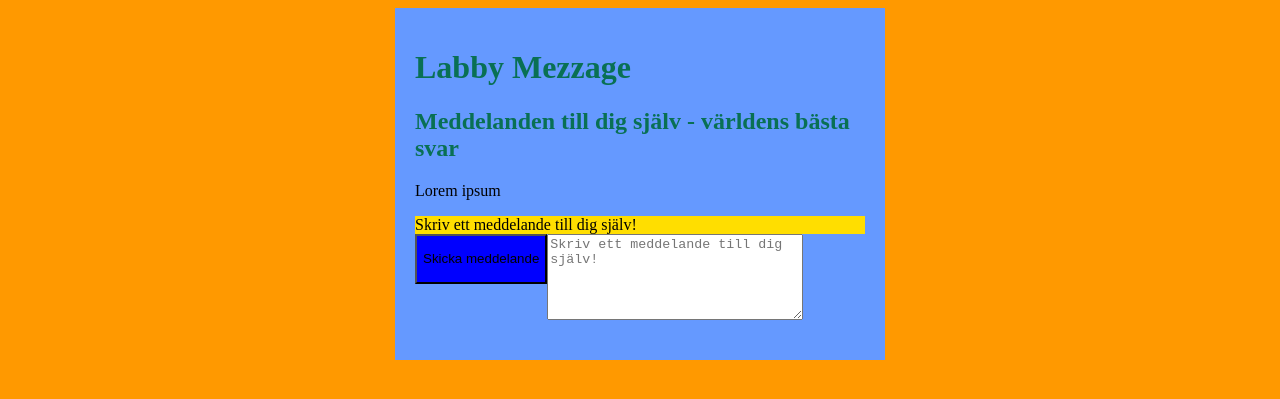
Repository: mi222ep/1dv403-laborationer
Page: 2-labbymezzage/index.html
The author's editor kept a record of every edit. The page is drawn from the files as they stood at one moment, then again after the next edit.
The browser window is 1280 px wide. The pictures show the whole page.

Above is the page before.
Console error: SyntaxError: missing ) after argument list

### 2-labbymezzage/index.html
<!DOCTYPE html>
<html lang="sv">
<head>
	<meta charset="UTF-8" />
 	<title>Labby Mezzage</title>
 	<link rel="stylesheet" href="css/style.css" type="text/css" />
    <script type="text/javascript" src="message.js"></script>
    <script type="text/javascript" src="messageboard.js"></script>
</head>
<body>
    <div id="messageApp">
    <h1>Labby Mezzage</h1>
    <h2>Meddelanden till dig själv - världens bästa svar</h2>
    <p>Lorem ipsum</p>

    <div id="messagearea">Skriv ett meddelande till dig själv!</div>

 			<textarea type="text" id="meddelande" placeholder="Skriv ett meddelande till dig själv!"></textarea>
 			<input id="send" type="submit" value="Skicka meddelande" />
            <p id="messageNumber"></p>
            </div>
</body>
</html>

### 2-labbymezzage/css/style.css
body{
    background-color: #FF9900;
    font-family: comic sans MS;
    }
div{
    background-color: #FFDE00;
}
h1, h2, h3{
    color: #097054;
}
textarea{
    width: 250px;
    height: 80px;
}
messagearea{
    max-height: 500px;
    overflow: hidden;
}
.smallLogo{
    height: 20px;
    float: right;
}
.message{
    border-bottom: 2px solid black;
    padding: 20px;
}
#messageApp{

    width:  450px;
    margin: 0 auto;
    padding: 20px;
        background-color: #6599FF;
}
input{
    float:left;
    height: 50px;
    background-color: blue;
}

### 2-labbymezzage/message.js
function Message(message, date) {

    this.getText = function() {
        return message;
    };
    this.setText = function(_text) {
        message = _text;
    };
    this.getDate = function() {
        return date;
    };
    this.setDate = function(_date) {
        date = _date;
    };
}

    Message.prototype.toString = function(){
        return this.getText()+"("+this.getDate()+")";
    };
Message.prototype.getHTMLText = function(){
    return this.getText().replace(/[\n\r]/g, "<br/>");
};

Message.prototype.getDateText = function(){
    return this.getDate().toLocaleTimeString();
};

### 2-labbymezzage/messageboard.js
var messageApp ={

    messages: [],

init: function(){

    //If submit button is clicked
    var submit = document.getElementById("send");
    submit.onclick = messageApp.CreateMessage;

},
CreateMessage: function(e){
    var text = document.getElementById("meddelande").value;
    var mess = new Message(text, new Date());
    messageApp.messages.push(mess);
    messageApp.RenderMessages();

},
RenderMessages: function(){
    //Remove all messages
    document.getElementById("messagearea").innerHTML = "";

            //Render all messages
    for(var i=0; i < messageApp.messages.length; ++i){
        messageApp.RenderMessage(i);
    }
},
RenderMessage: function(messageID){
    //Writes message counter
    var messageCount = document.querySelector("#messageNumber");
    messageCount.innerHTML = "Antal meddelanden:" +(messageApp.messages.length);

    //Writes new message
    var message = messageApp.messages[messageID].getHTMLText();
    var time = messageApp.messages[messageID].getDateText();
    var div = document.createElement("div");
    var em = document.createElement("em");
    var p = document.createElement("p");
    var removeLink = document.createElement("a");
    var showTimeLink = document.createElement("a");
    var remove = document.createElement("img");
    var showTime = document.createElement("img");

    //Sets attribute for delete image
    remove.setAttribute("src", "pics/delete.png");
    remove.setAttribute("height", "30");
    remove.setAttribute("width", "30");
    remove.setAttribute("class", "smallLogo");
    remove.setAttribute("alt", "Papperskorg - tryck här för att radera meddelandet");

    //Sets attribute for time image
    showTime.setAttribute("src", "pics/time.png");
    showTime.setAttribute("height", "30");
    showTime.setAttribute("width", "30");
    showTime.setAttribute("class", "smallLogo");
    showTime.setAttribute("alt", "Klocka - tryck här för att se tid och datum då meddelandet skapades");

    //Sets attribute for links surrounding the images
    removeLink.setAttribute("href", "#");
    showTimeLink.setAttribute("href", "#");
    removeLink.onclick = function() {
        messageApp.RemoveMessage(messageID);
    }
    showTime.onclick = function() {
        messageApp.ShowTime(messageID);
    }

    //Organize message elements within each other
    removeLink.appendChild(remove);
    showTimeLink.appendChild(showTime);
    div.appendChild(removeLink);
    div.appendChild(showTimeLink);
    div.appendChild(em);
    div.appendChild(p);

    //Posts current message and time in the element
    p.innerHTML = message;
    em.innerHTML = time;

    //Find the #messagearea and put the new div there
    var di = document.querySelector("#messagearea");
    di.appendChild(div);
},
ShowTime: function(messageID){
    var timeOobject = messageApp.messages[messageID].getDate();
    var day = timeOobject.toLocaleDateString();
    var time = timeObject.to
    alert("inlägget skapades "+ day" klockan ");

},
//Array.splice(messageID, 1);
RemoveMessage: function(messageID){
    messageApp.messages.splice(messageID, 1);
    messageApp.RenderMessages();
    },

};




window.onload = messageApp.init;

After the next edit:
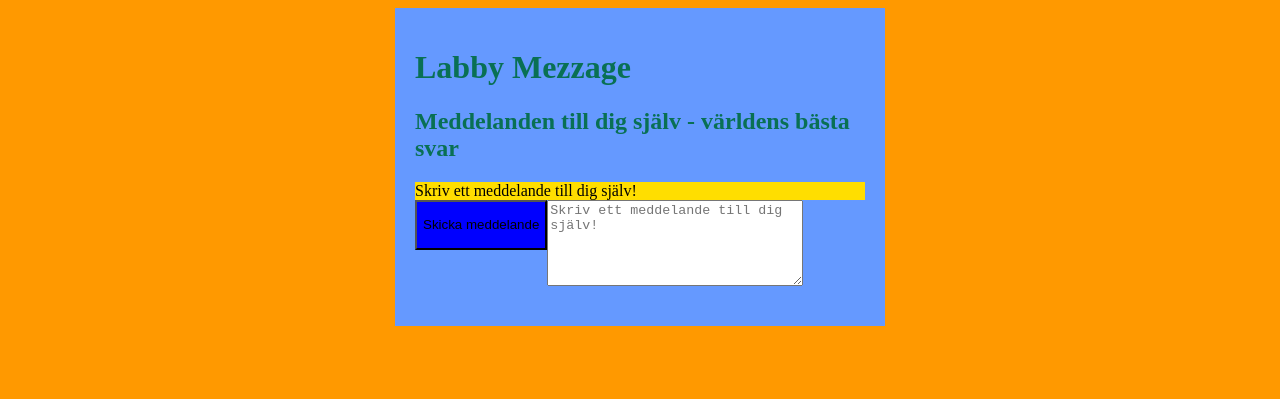
The edit:
--- a/2-labbymezzage/index.html
+++ b/2-labbymezzage/index.html
@@ -11,7 +11,6 @@
     <div id="messageApp">
     <h1>Labby Mezzage</h1>
     <h2>Meddelanden till dig själv - världens bästa svar</h2>
-    <p>Lorem ipsum</p>
 
     <div id="messagearea">Skriv ett meddelande till dig själv!</div>
 
